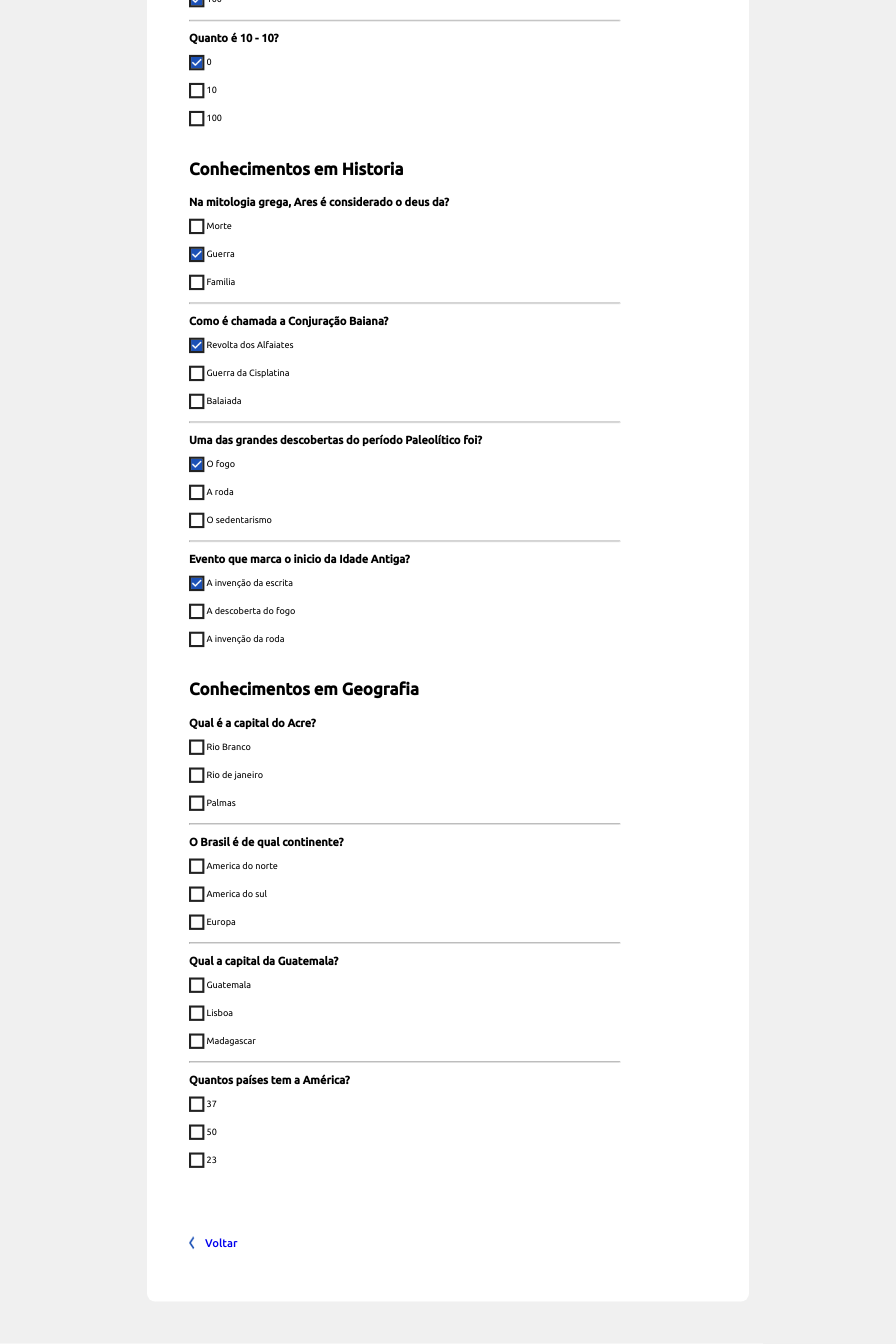
Repository: Delei09/desafioPerguntas
Page: /gabarito (app in frontend/)
These files come from the project's save history. The page is drawn as it stood at one moment and after the next save; the edit follows.
The browser window is 1280 px wide. The pictures show the part of the page from y = 718 to 2638 px (the page is 2638 px tall), at 70% of full size.
The project was rebuilt for these pictures with package versions that can differ from the ones it lists, and the page was loaded fresh each time. A package was used in the major version that the imports need, not the one package.json lists. Also part of the build but not shown: frontend/src/styles/home.scss, frontend/src/page/Home.tsx, frontend/src/styles/resultado.scss, frontend/src/page/Resultado.tsx.

Above is the page before, as saved 2021-08-20 08:38:18.

### frontend/public/index.html
<!DOCTYPE html>
<html lang="Pt-Br">
  <head>
    <meta charset="utf-8" />
    <meta name="viewport" content="width=device-width, initial-scale=1" />
    <meta name="theme-color" content="#000000" />
    <link rel="preconnect" href="https://fonts.googleapis.com">
    <link rel="preconnect" href="https://fonts.gstatic.com" crossorigin>
    <link href="https://fonts.googleapis.com/css2?family=Ubuntu:wght@400;500&display=swap" rel="stylesheet">

    <title>Desafio Inatel</title>
  </head>
  <body>
    <noscript>You need to enable JavaScript to run this app.</noscript>
    <div id="root"></div>
  </body>
</html>

### frontend/src/index.tsx
import React from 'react';
import ReactDOM from 'react-dom';
import App from './App';
import './styles/global.scss'

ReactDOM.render(
  <React.StrictMode>
    <App />
  </React.StrictMode>,
  document.getElementById('root')
);

### frontend/src/App.tsx
import Rotas from './Rotas';
import ContextPerguntas  from './contexto/PerguntasContext';
import {BrowserRouter } from 'react-router-dom'


const perguntasMatematica= [  {
  pergunta: 'Quanto é 2 + 2?',
  options: [
    "1",
    "2",
    "4",
  ],
  resposta: "4",
  id: 'p1',
},{
  pergunta: 'Quanto é 2 x 2?',
  options: [
    "0",
    "1",
    "4",
  ],
  resposta: "4",
  id: 'p2',
},{
  pergunta: 'Quanto é 10 x 10?',
  options: [
    "0",
    "10",
    "100",
  ],
  resposta: "100",
  id: 'p3',
},{
  pergunta: 'Quanto é 10 - 10?',
  options: [
    "0",
    "10",
    "100",
  ],
  resposta: "0",
  id: 'p4',
}]

const perguntasHistoria= [  {
  pergunta: 'Na mitologia grega, Ares é considerado o deus da?',
  options: [
    "Morte",
    "Guerra",
    "Familia",
  ],
  resposta: "Guerra",
  id: 'p1',
},{
  pergunta: 'Como é chamada a Conjuração Baiana?',
  options: [
    "Revolta dos Alfaiates",
    "Guerra da Cisplatina",
    "Balaiada",
  ],
  resposta: "Revolta dos Alfaiates",
  id: 'p2',
},{
  pergunta: 'Uma das grandes descobertas do período Paleolítico foi?',
  options: [
    "O fogo",
    "A roda",
    "O sedentarismo",
  ],
  resposta: "O fogo",
  id: 'p3',
},{
  pergunta: 'Evento que marca o inicio da Idade Antiga?',
  options: [
    "A invenção da escrita",
    "A descoberta do fogo",
    "A invenção da roda",
  ],
  resposta: "A invenção da escrita",
  id: 'p4',
}]


const perguntasGeografia= [  {
  pergunta: 'Qual é a capital do Acre?',
  options: [
    "Rio Branco",
    "Rio de janeiro",
    "Palmas",
  ],
  resposta: "Rio Branco",
  id: 'p1',
},{
  pergunta: 'O Brasil é de qual continente?',
  options: [
    "America do norte",
    "America do sul",
    "Europa",
  ],
  resposta: "America do sul",
  id: 'p2',
},{
  pergunta: 'Qual a capital da Guatemala?',
  options: [
    "Guatemala",
    "Lisboa",
    "Madagascar",
  ],
  resposta: "Guatemala",
  id: 'p3',
},{
  pergunta: 'Quantos países tem a América?',
  options: [
    "37",
    "50",
    "23",
  ],
  resposta: "37",
  id: 'p4',
}]

function App() {


  return (
    <div className="App">
      <BrowserRouter>
        <ContextPerguntas.Provider  value = { {perguntasMatematica, perguntasHistoria, perguntasGeografia } } >
            <Rotas />
      </ContextPerguntas.Provider>
      </BrowserRouter>

    </div>
  );
}

export default App;

### frontend/src/styles/global.scss
*{
 margin:0;
 padding:0;
 box-sizing: border-box;
 text-decoration: none;
}
body{
 font-family: 'Ubuntu', sans-serif;
 background: #F0F0F0;

}
.App{
 padding-left: 60px ;
 padding-top: 40px;
 background: #FFFFFF;
 max-width: 860px;
 height: 100%;
 min-height: 500px;
 border-radius: 12px;
 margin:60px auto;
}
label {
 display: inline-block;
 cursor: pointer;
 position: relative;
 padding-left: 25px;
 margin-right: 15px;
 font-size: 13px;
}

input[type=radio] {
 display: none;
}

label:before {
 content: "";
 display: inline-block;

 width: 16px;
 height: 16px;


 margin-right: 10px;
 position: absolute;
 left: 0;
 top: -3px;
 bottom: 1px;
 border:solid #222222 3px;

 background-color: white;
}

input[type=radio]:checked + label:before {
 content: "";
 background-image: url(../img//backgroundRadio.png);
 background-size: 18px;
 background-position: center;
 text-align: center;
 line-height: 18px;
}
.radioErrado:checked + label:before {
 content: "";
 background-image: url(../img/backgroundRadioErrado.png);
 background-size: 18px;
 background-position: center;
 text-align: center;
 line-height: 18px;
}
@media screen and (max-width: 600px){
 .App{
  margin:0 auto;
  padding: 20px;
 }
}

### frontend/src/Rotas.tsx
import React from 'react';
import { useState } from 'react';
import Home from './page/Home';
import { Route, Switch  } from 'react-router-dom'
import Resultado from './page/Resultado';
import Gabarito from './page/Gabarito';
import ContextResposta from './contexto/RespostaContext';

type perguntaType =  {

    p1 : string,
    p2 : string,
    p3 : string,
    p4 : string

   }

const Rotas = () => {

 const [respMat, setRespMat] = useState<perguntaType>({} as perguntaType)
 const [respHis, setRespHis] = useState<perguntaType>({} as perguntaType)
 const [respGeo, setRespGeo] = useState<perguntaType>({} as perguntaType)
 return(

    <Switch>
        <ContextResposta.Provider value = {{ respMat , respHis , respGeo }} >
            <Route exact  path = '/'>
                <Home setMat = {setRespMat} setHis = {setRespHis}  setGeo = {setRespGeo} />
            </Route>
            <Route  path = '/resultado'>
                <Resultado />
            </Route>
            <Route  path = '/gabarito'>
                <Gabarito />
            </Route>
      </ContextResposta.Provider>
  </Switch>

 )
} ;

export default Rotas;

### frontend/src/contexto/PerguntasContext.ts
import { createContext} from 'react'

type perguntaType =  {
 pergunta: string;
 options: string[];
 resposta: string;
 id: string;
}[]

type contextType = {
 perguntasHistoria : perguntaType,
 perguntasMatematica : perguntaType,
 perguntasGeografia : perguntaType,
}
const ContextPerguntas   = createContext<contextType>( {} as contextType)
export default ContextPerguntas

### frontend/src/page/Gabarito.tsx
import React , {useContext, useState, useEffect }from 'react';
import Header from '../components/Header'
import ContainerMain  from '../components/ContainerMain';
import ContextPerguntas from '../contexto/PerguntasContext';
import ContextResposta  from '../contexto/RespostaContext';
import vetor from '../img/Vector.png'

import '../styles/home.scss'
import '../styles/gabarito.scss'
import { Link } from 'react-router-dom';

const Gabarito = (props : any) => {


   const {perguntasMatematica, perguntasHistoria, perguntasGeografia}  = useContext(ContextPerguntas)

   const { respGeo, respHis, respMat} = useContext(ContextResposta)


   useEffect( () => {

     console.log(respGeo)
 }, [])



 return(
<>
   <Header titulo = 'Gabarito: Teste de Conhecimentos' />

   <ContainerMain titulo = 'Conhecimentos em Matemática'>
      {perguntasMatematica.map( (questao,i ) => {
      return(
         <div key={questao.id}>
         <h4>{questao.pergunta}</h4>
         <div className = 'mainOpcao'>
         {questao.options.map( (option, i) => {
            return(
               <div className = 'divInputLabel' key = {option } >
               <input className = 'radioErrado'  type="radio" id = {questao.id+option} defaultChecked = {option === questao.resposta}
             name={''} value= {option} />
               <label key = {i}  htmlFor= {questao.id+option}>  {option}  </label>

               </div>
            )
         })}
         </div>
         {i < 3 ? <hr/> : ''}
         </div>
      )
      })}
   </ContainerMain>
   <ContainerMain titulo = 'Conhecimentos em Historia'>

{perguntasHistoria.map((questao, i) => {
      return(
         <div key={questao.id}>
         <h4>{questao.pergunta}</h4>
         <div className = 'mainOpcao'>
         {questao.options.map( (option, i) => {
            return(
               <div className = 'divInputLabel' key = {option } >
               <input  type="radio" id = {questao.id+option}  defaultChecked = {option === questao.resposta}
             name={`his${questao.id}`} value= {option} />
               <label key = {i}  htmlFor= {questao.id+option}>  {option}  </label>

               </div>
            )
         })}
         </div>
         {i < 3 ? <hr/> : ''}
         </div>
      )
      })}
   </ContainerMain>
   <ContainerMain titulo = 'Conhecimentos em Geografia'>

{perguntasGeografia.map((questao, i) => {
      return(
         <div key={questao.id}>
         <h4>{questao.pergunta}</h4>
         <div className = 'mainOpcao'>
         {questao.options.map( (option, i) => {
            return(
               <div className = 'divInputLabel' key = {option }  >
               <input  type="radio" id = {questao.id+option} defaultChecked = {option === questao.resposta}
             name={''} checked = {respGeo.p4 === option}  value= {option} />
               <label key = {i}  htmlFor= {questao.id+option}>  {option}  </label>

               </div>            )
         })}
         </div>
         {i < 3 ? <hr/> : ''}
         </div>
      )
      })}
      <div className = 'divVetor'>
        <img src = {vetor} alt = 'Voltar' />
        <Link to = '/resultado' >Voltar</Link>
      </div>
   </ContainerMain>

   </>
 )
}

export default Gabarito

### frontend/src/contexto/RespostaContext.ts
import { createContext} from 'react'

type perguntaType =  {

 p1 : string,
 p2 : string,
 p3 : string,
 p4 : string,
 prop? : string

}

type contextType = {
 respHis : perguntaType,
 respMat : perguntaType,
 respGeo : perguntaType,
}
const ContextResposta   = createContext<contextType>( {} as contextType)
export default ContextResposta

### frontend/src/components/Header.tsx
import React from 'react';
import '../styles/header.scss'


type headerType = {
 titulo: string;
}


const Header = (props : headerType) => {

 return(
  <header className="headerApp">
   {props.titulo}
   <hr className="headerLinha"/>
  </header>
 )
} ;

export default Header

### frontend/src/components/ContainerMain.tsx
import React from 'react';
import '../styles/containerMain.scss'

type mainType = {
 titulo : string
}


const Main: React.FC<mainType> = ({...props}) => {

 return(
  <section>
       <h2>{props.titulo}</h2>
       <div>
          {props.children}
       </div>

  </section>
 )
} ;

export  default Main;

### frontend/src/styles/gabarito.scss
.divVetor{
 display: flex;
 gap: 15px;
 margin-top: 87px ;
 margin-bottom: 75px;
 a{
  font-size: 16px;
  font-style: normal;
  font-weight: 500;
  line-height: 18px;
 }
}

### frontend/src/styles/header.scss
.headerApp{
 color: #1B50B6;
 font-size: 32px;
 font-style: normal;
 font-weight: 500;
 line-height: 37px;
 letter-spacing: 0em;
 text-align: left;
 width:100%;
 max-width: 618px;

 hr{
  margin-top:10px ;
  background: #1B50B6;
  height: 4px;
  max-width: 618px;
 }
}

@media screen and (max-width: 500px) {
 .headerApp{
  font-size: 22px;
 }
}

### frontend/src/styles/containerMain.scss
section{
 display : flex;
 flex-direction: column;
 gap : 24px;

  >div{
   display : flex;
   flex-direction: column;
   gap : 15px;
   h4{
    margin-bottom: 15px;
   }
  }

 hr{
  background: #C4C4C4;
  height: 1px;
  max-width: 616px;
  margin-top: 22px;
 }
 h2{
  margin-top:51px
 }

}

.mainOpcao{
 display : flex;
 flex-direction: column;
 gap : 22px;
 input{
  margin-right: 5px;
 }
}

After the next save:
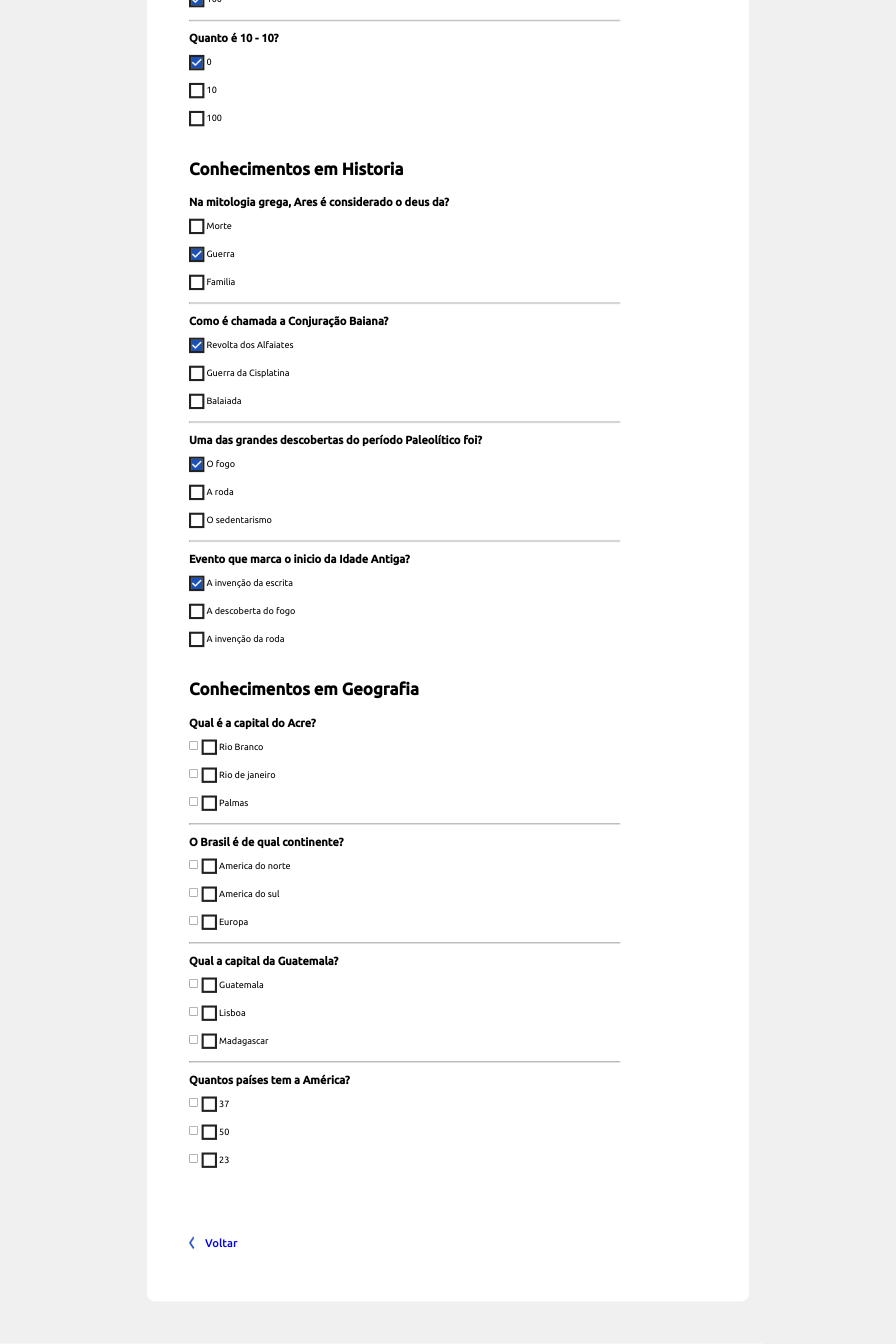
Saved 48 s later.
--- a/frontend/src/page/Gabarito.tsx
+++ b/frontend/src/page/Gabarito.tsx
@@ -83,7 +83,7 @@ const Gabarito = (props : any) => {
          {questao.options.map( (option, i) => {
             return(
                <div className = 'divInputLabel' key = {option }  >
-               <input  type="radio" id = {questao.id+option} defaultChecked = {option === questao.resposta}
+               <input  type="checkbox" id = {questao.id+option} defaultChecked = {option === questao.resposta}
              name={''} checked = {respGeo.p4 === option}  value= {option} />
                <label key = {i}  htmlFor= {questao.id+option}>  {option}  </label>
 
